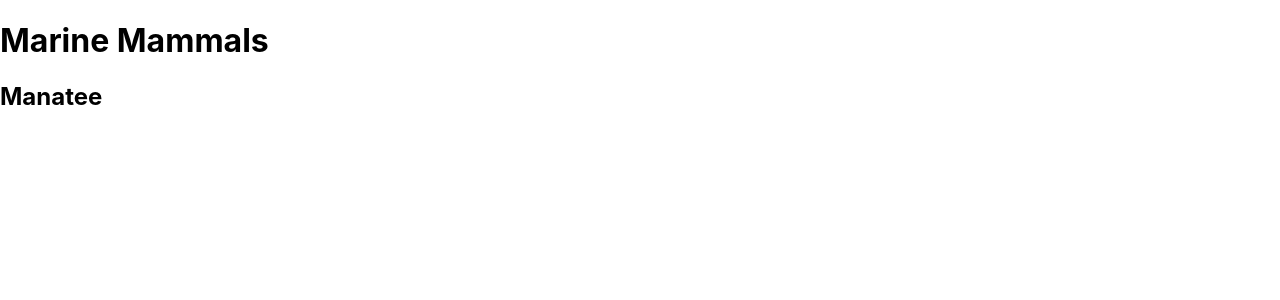
Repository: ThanhHien65/CIJS75
Page: / (app in Router/routing/)
The author's editor kept a copy of each file at every save. The page is drawn from the files as they stood at one save, then again after the next save.
The browser window is 1280 px wide. The pictures show the whole page.
The project was rebuilt for these pictures with package versions that can differ from the ones it lists, and the page was loaded fresh each time. Also part of the build but not shown: Router/routing/src/App.css, Router/routing/src/components/Narwhal/Narwhal.js, Router/routing/src/components/Whale/Whale.js.

Above is the page before, as saved 2022-07-07 14:58:25.

### Router/routing/src/App.js
import logo from "./logo.svg";
import "./App.css";
import Manatee from "./components/Manatee/Manatee";
import Narwhal from "./components/Narwhal/Narwhal";
import Whale from "./components/Whale/Whale";
import { BrowserRouter as Router, Route, Routes } from "react-router-dom";
function App() {
  return (
    <div className="wrapper">
      <h1>Marine Mammals</h1>
      <Router>
        <Routes>
          <Route path="/" element={<Manatee></Manatee>} />
          <Route path="/b" element={<Narwhal></Narwhal>} />
          <Route path="/c" element={<Whale></Whale>} />
        </Routes>
      </Router>
    </div>
  );
}

export default App;

### Router/routing/src/components/Manatee/Manatee.js
import React from "react";

export default function Manatee() {
  return <h2>Manatee</h2>;
}

Loaded but not shown: Router/routing/public/index.html (common file); Router/routing/src/index.js (common file); Router/routing/src/index.css (common file); Router/routing/src/reportWebVitals.js (common file)

After the next save:
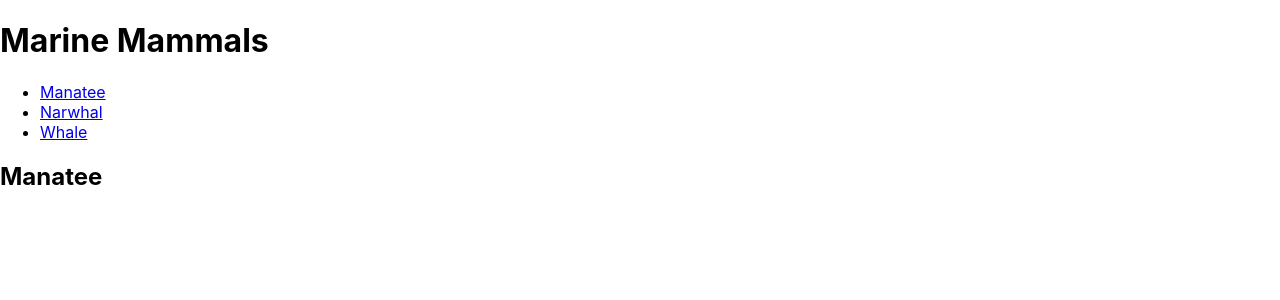
Saved 32 s later.
--- a/Router/routing/src/App.js
+++ b/Router/routing/src/App.js
@@ -8,6 +8,13 @@ function App() {
   return (
     <div className="wrapper">
       <h1>Marine Mammals</h1>
+      <nav>
+        <ul>
+          <li><a href="/manatee">Manatee</a></li>
+          <li><a href="/narwhal">Narwhal</a></li>
+          <li><a href="/whale">Whale</a></li>
+        </ul>
+      </nav>
       <Router>
         <Routes>
           <Route path="/" element={<Manatee></Manatee>} />
